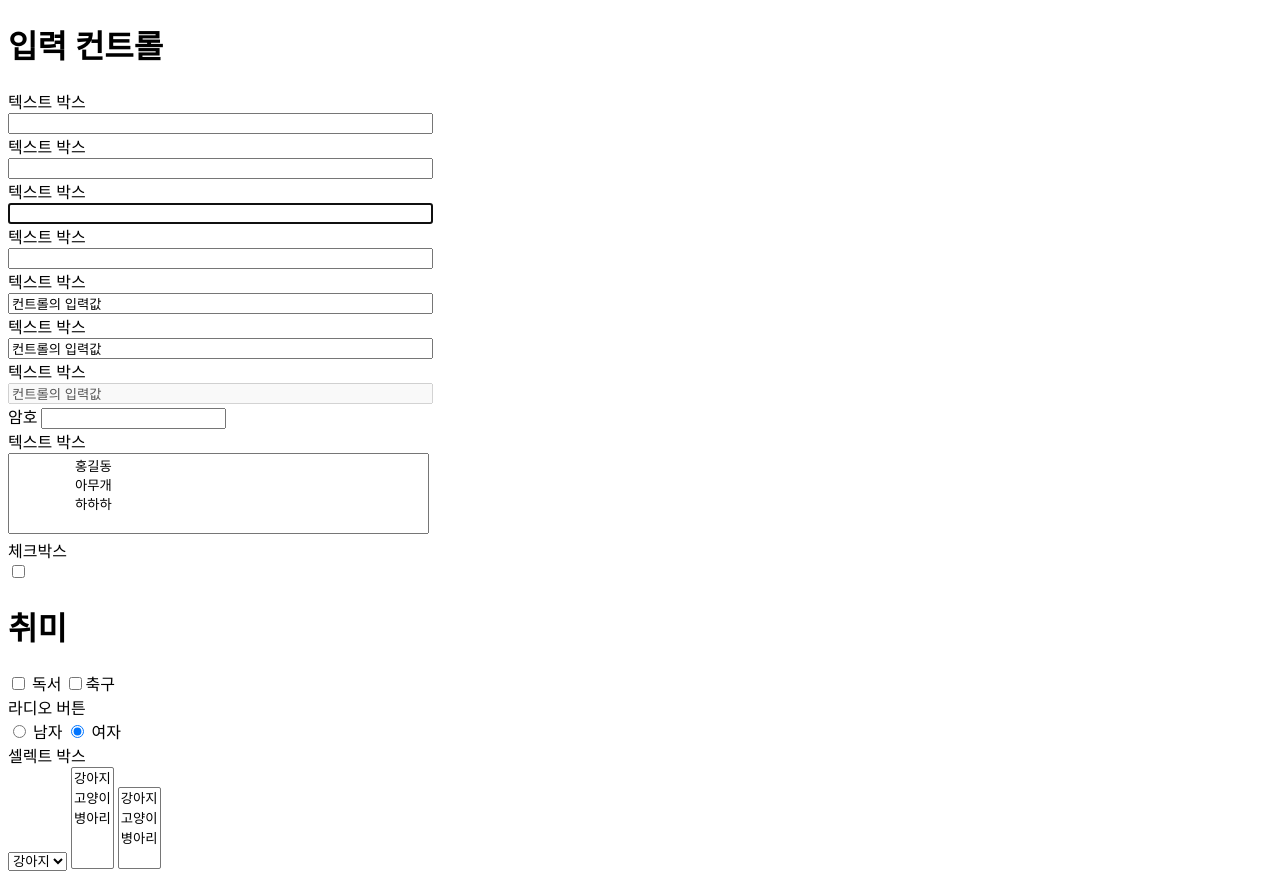
Repository: Hwang-97/HhwDesktop
Page: client/ClientTest/src/main/webapp/html/ex17_form.html
These files come from the project's save history. The page is drawn as it stood at one moment and after the next save; the edit follows.
The browser window is 1280 px wide. The pictures show the whole page.

Above is the page before, as saved 2021-12-13 02:38:28.

After the next save:
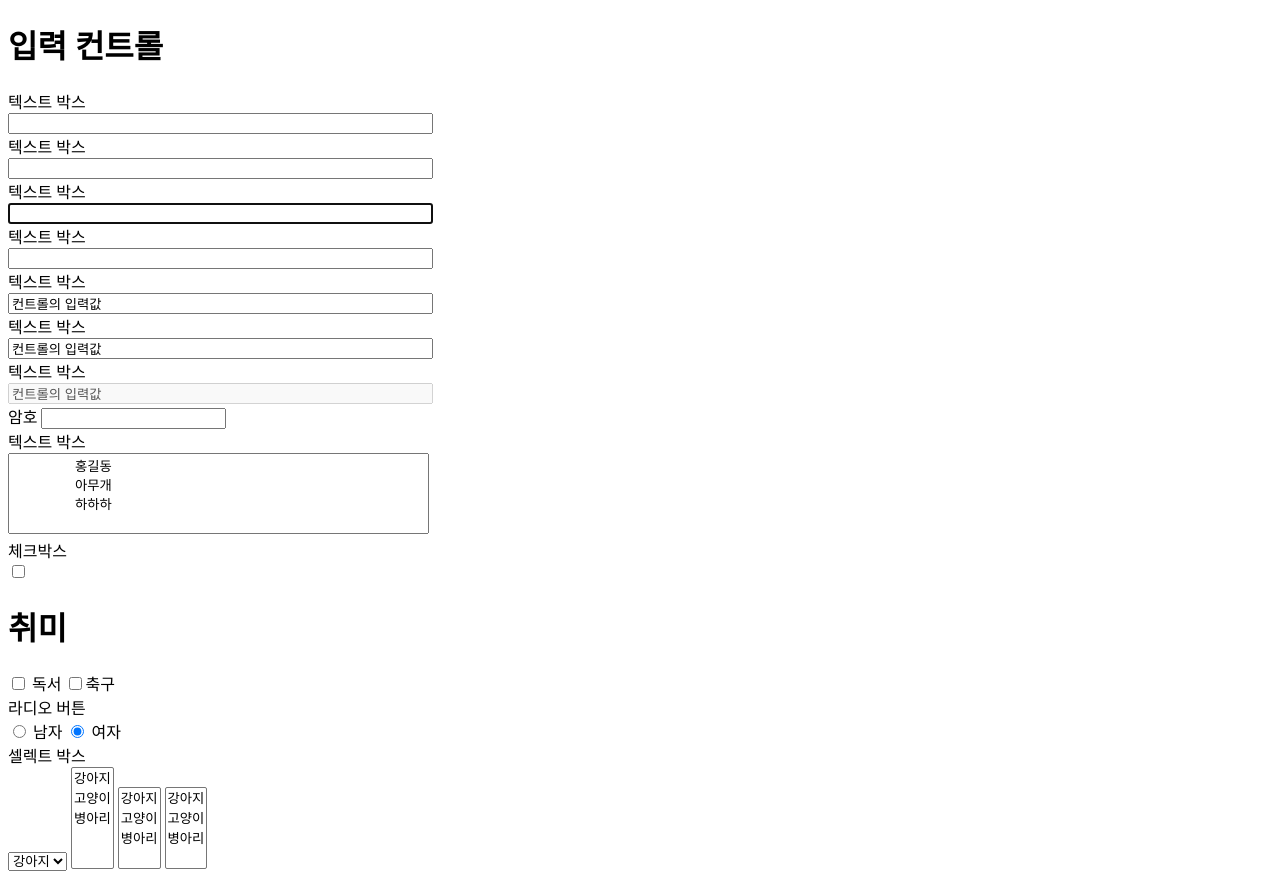
Saved 96 s later.
--- a/client/ClientTest/src/main/webapp/html/ex17_form.html
+++ b/client/ClientTest/src/main/webapp/html/ex17_form.html
@@ -91,7 +91,14 @@ maxlength="5" value="컨트롤의 입력값" disabled><!--사용 불가-->
 	<option value ="3">병아리</option>
 </select>
 
-<select name ="sell" multiple>
+<select name ="sel3" multiple>
+	<option value ="1">강아지</option>
+	<option value ="2">고양이</option>
+	<option value ="3">병아리</option>
+</select>
+
+<select name ="sel4" multiple>
+	<oprion>애완동물을 선택하세요.</oprion>
 	<option value ="1">강아지</option>
 	<option value ="2">고양이</option>
 	<option value ="3">병아리</option>
@@ -101,7 +108,5 @@ maxlength="5" value="컨트롤의 입력값" disabled><!--사용 불가-->
 
 
 
-
-
 </body>
 </html>
